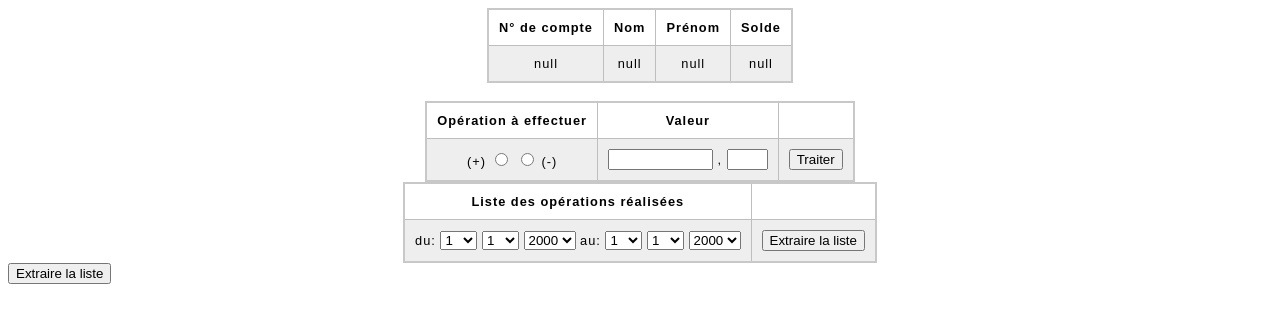
Repository: Jsisie/BanqueWeb
Page: http://localhost/BanqueWeb/JOperations.jsp
These files come from the project's save history. The page is drawn as it stood at one moment and after the next save; the edit follows.
The browser window is 1280 px wide. The pictures show the whole page.
The page is served by Tomcat 10. The template is opened directly, without the code that normally fills it, so the values that code supplies are empty.

Above is the page before, as saved 2022-12-16 12:55:30.

After the next save:
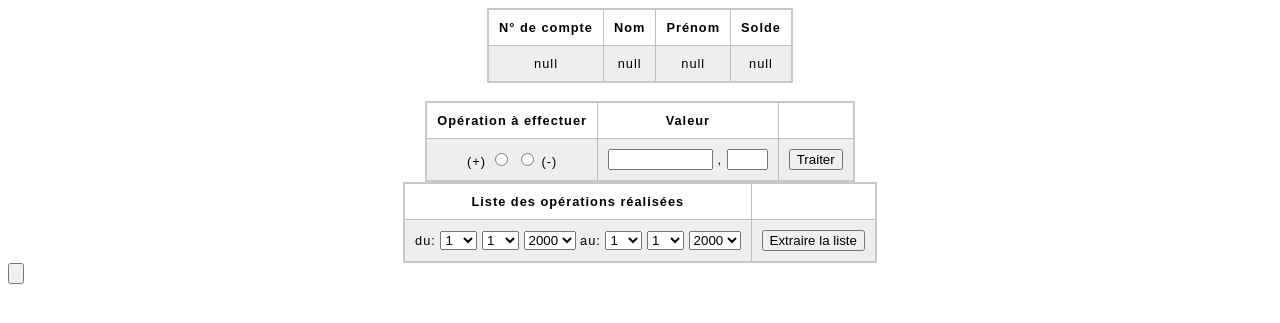
Saved 36 s later.
--- a/BanqueWeb/BanqueWeb/BanqueWeb/src/main/webapp/JOperations.jsp
+++ b/BanqueWeb/BanqueWeb/BanqueWeb/src/main/webapp/JOperations.jsp
@@ -155,7 +155,7 @@ table {
 				</table>
 			</div>
 			<td>
-				<input  id="Demande" name="Demande" type="submit" value="Extraire la liste">
+				<input  id="Demande" name="Demande" type="submit" value="">
 			</td>
 			<div class="msgDiv" align="center">
 				<p> ${msg} </p>
